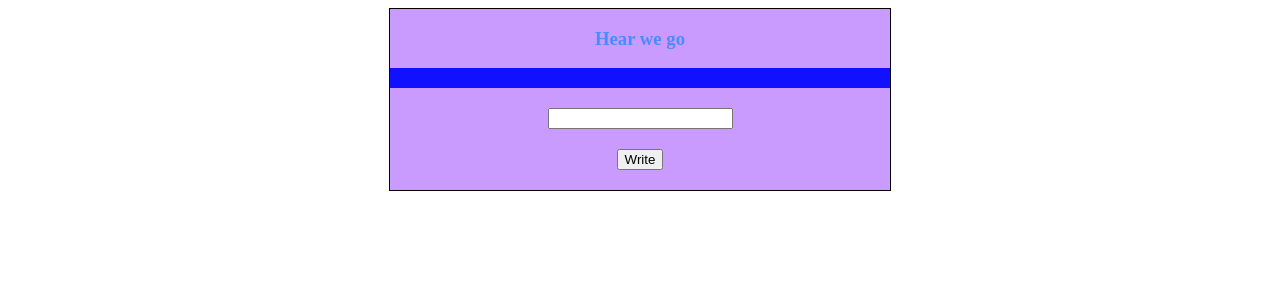
Repository: jn222rv/1dv403-laborationer
Page: 2-labbymezzage/index.html
The author's editor kept a record of every edit. The page is drawn from the files as they stood at one moment, then again after the next edit.
The browser window is 1280 px wide. The pictures show the whole page.

Above is the page before.

After the next edit:
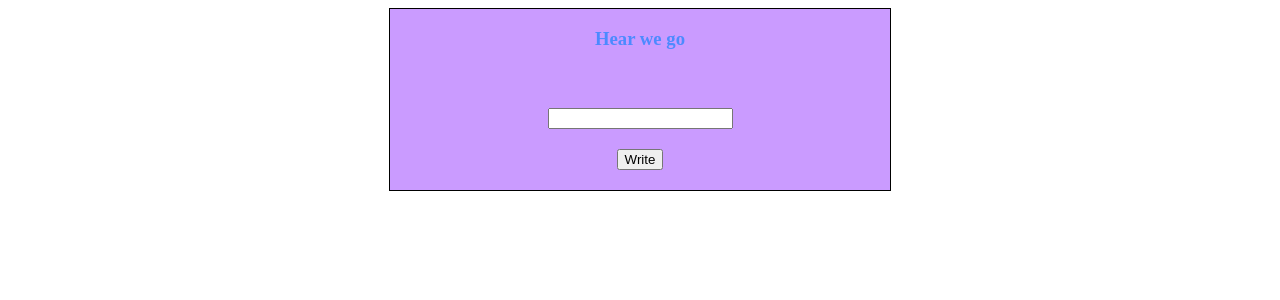
The edit:
--- a/2-labbymezzage/css/basic.css
+++ b/2-labbymezzage/css/basic.css
@@ -25,7 +25,6 @@
 
 p {
     padding:10px;
-    background-color:#1111FF;
 }
 
 #numberOfMessages p {
